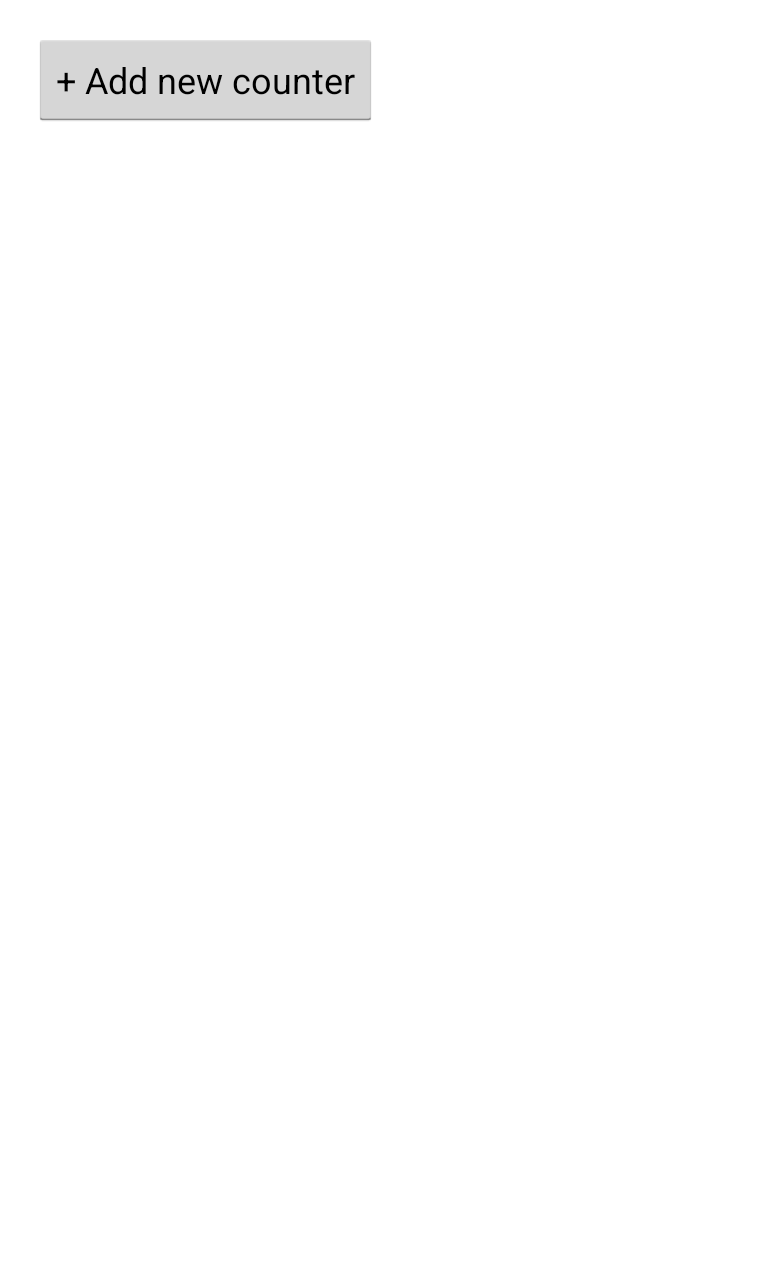
Repository: arweber1/CMPUT301_Assignment1
Layout: Assignment1/res/layout/activity_main.xml
The author's editor kept a copy of each file at every save. The layout is drawn from the files as they stood at one save, then again after the next save.
It is drawn on a 768 x 1280 px phone screen (xhdpi) without system bars, with theme AppTheme; the app's code is not run.

Above is the layout before, as saved 2014-01-18 01:05:07.

After the next save:
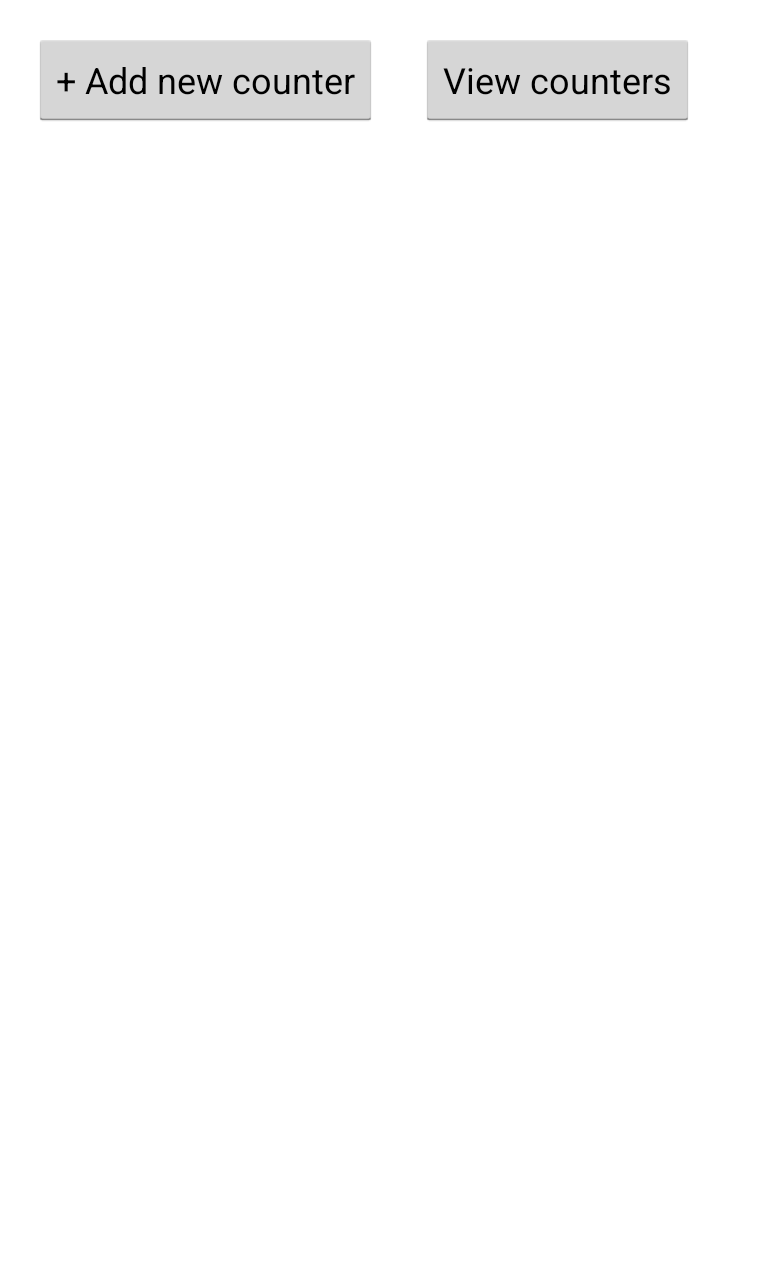
Saved 3 s later.
--- a/Assignment1/res/layout/activity_main.xml
+++ b/Assignment1/res/layout/activity_main.xml
@@ -9,9 +9,9 @@
     tools:context=".MainActivity" >
 
     <TextView
+        android:id="@+id/textView1"
         android:layout_width="wrap_content"
-        android:layout_height="wrap_content"
-         />
+        android:layout_height="wrap_content" />
 
     <Button
         android:id="@+id/button1"
@@ -21,4 +21,13 @@
         android:layout_alignParentTop="true"
         android:text="@string/add_counter" />
 
+    <Button
+        android:id="@+id/button2"
+        android:layout_width="wrap_content"
+        android:layout_height="wrap_content"
+        android:layout_alignBottom="@+id/button1"
+        android:layout_marginLeft="20dp"
+        android:layout_toRightOf="@+id/button1"
+        android:text="@string/view_counters" />
+
 </RelativeLayout>
